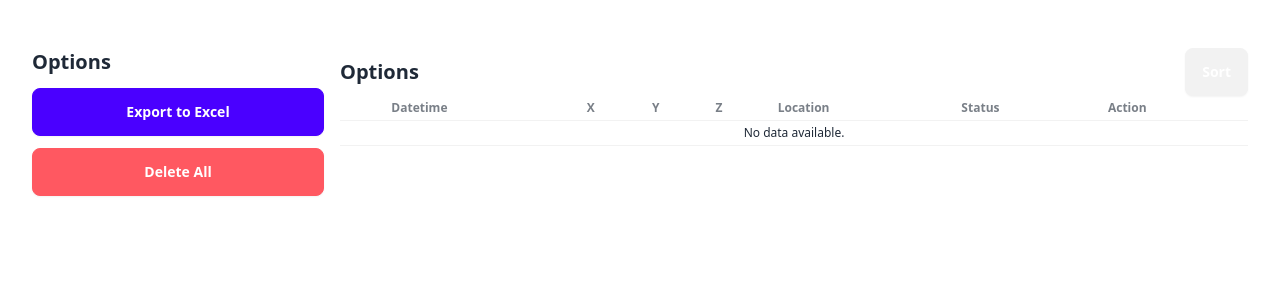
Repository: khulqu15/khafsin_server
Page: http://localhost/imu
The author's editor kept a copy of each file at every save. The page is drawn from the files as they stood at one save, then again after the next save.
The browser window is 1280 px wide. The pictures show the whole page.
Some web libraries are served in a nearby version. The page is served by the project's Laravel application, run on PHP 8.4 with Laravel 12. Queries for data that is not in the repository find no rows.

Above is the page before, as saved 2024-10-25 03:11:08.

After the next save:
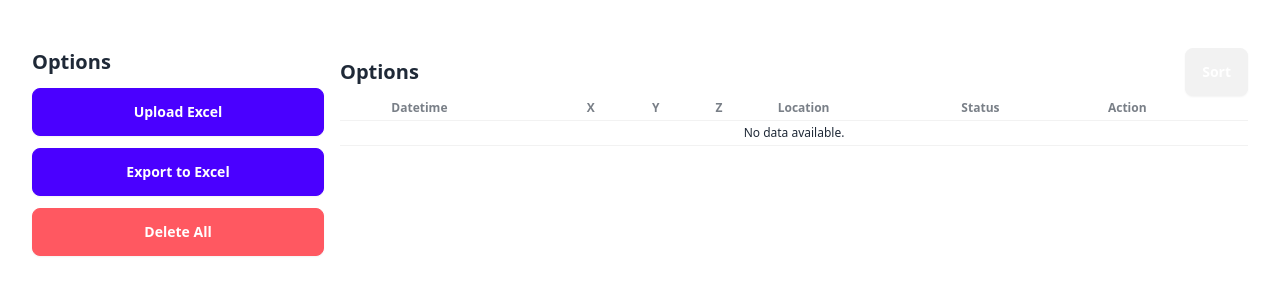
Saved 37 s later.
--- a/resources/views/welcome.blade.php
+++ b/resources/views/welcome.blade.php
@@ -14,6 +14,7 @@
             <div class="w-full grid grid-cols-8 gap-4">
                 <div class="md:col-span-2 col-span-8 space-y-3">
                     <h2 class="text-xl font-bold">Options</h2>
+                    <button class="btn btn-primary w-full text-white">Upload Excel</button>
                     <button class="btn btn-primary w-full text-white">Export to Excel</button>
                     <button class="btn btn-error w-full text-white">Delete All</button>
                 </div>
